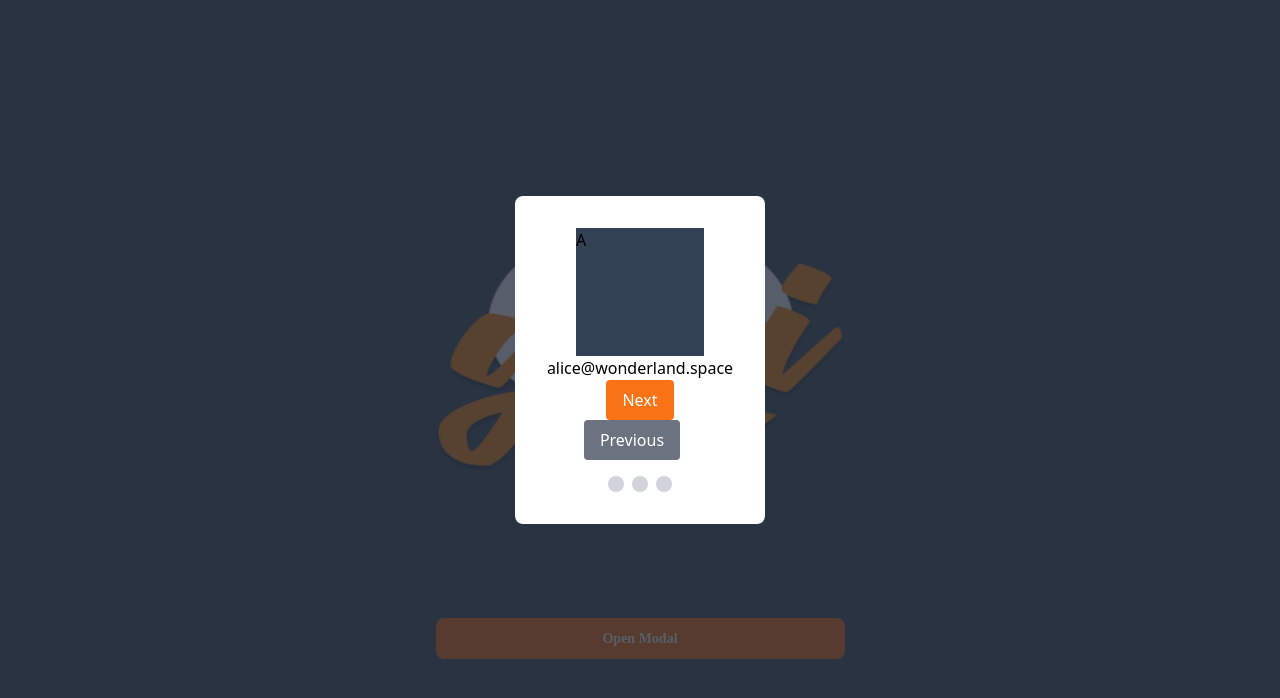
Repository: ZakariaZhlat125/lucatctyteste
Page: /, after clicking the first element matching `button.mt-36`
An editor plug-in stored every save of this project. The page is shown before and after the next save, followed by the edit.
The browser window is 1280 px wide. The pictures show the whole page.
The project was rebuilt for these pictures with package versions that can differ from the ones it lists, and the page was loaded fresh each time. Also part of the build but not shown: vite.config.js, src/Components/ModalComponents/PickLang.jsx, src/Components/ModalComponents/SelectImage.jsx.

Above is the page before, as saved 2023-09-29 10:27:14.

### src/App.jsx
import { useState } from 'react'
import Modalpage from './pages/Modalpage'


function App() {

  return (
    <>
    <Modalpage />
    </>
  )
}

export default App

### src/pages/Modalpage.jsx
import React, { useState } from "react";
import logo from "../assets/Images/Logo.png";
import Modal from "../Components/ModalComponents/Modal";
const Modalpage = () => {
  const [isModalOpen, setIsModalOpen] = useState(false);



  return (
    <div className="h-screen w-secreen bg-gray-600 flex flex-col justify-center items-center  ">
      <img
        src={logo}
        alt="logo"
        className="w-[415px] h-[413px] mx-2 "
      />
      <button
        onClick={() => setIsModalOpen(true)}
        className="mt-36 w-[309px] h-[41px] sm:w-[409px]  shadow-sm bg-orange-500  hover:bg-orange-600 rounded-lg  text-white text-sm font-semibold font-['Montserrat']"
      >
        Open Modal
      </button>


      <Modal isOpen={isModalOpen}  onClose={() => setIsModalOpen(false)} />

    </div>
  );
};

export default Modalpage;

### src/Components/ModalComponents/Modal.jsx
import React, { useState } from "react";
import Welcom from "./Welcom";
import PickLang from "./PickLang";
import SelectImage from "./SelectImage";
const Modal = ({ isOpen, onClose }) => {

  const [currentPage, setCurrentPage] = useState(1);
  if (!isOpen) return null;
  const totalPages = 3;
  const nextPage = () => {
    if (currentPage < 3) {
      setCurrentPage(currentPage + 1);
    }
  };

  const prevPage = () => {
    if (currentPage > 1) {
      setCurrentPage(currentPage - 1);
    }
  };

  const getOrangeCount = () => {
    // Return the number of orange circles to display based on the current page
    switch (currentPage) {
      case 2:
        return 1;
      case 3:
        return 2;
      default:
        return 0;
    }
  };

  return (
    <div className="fixed inset-0 flex justify-center items-center z-50">
      <div className="fixed inset-0 bg-gray-800 opacity-75"></div>
      <div className="bg-white rounded-lg p-8 z-50 relative flex flex-col items-center">
        {/* Modal content goes here */}

        {/* <button
          onClick={onClose}
          className="absolute mx-auto bottom-2   text-gray-500 hover:text-gray-700 cursor-pointer"
        >
          Close
        </button> */}
        {currentPage === 1 && <Welcom />}
        {currentPage === 2 && <PickLang />}
        {currentPage === 3 && <SelectImage />}
        <button
          onClick={nextPage}
          className="bg-orange-500 text-white px-4 py-2 rounded"
        >
          Next
        </button>
        <button
          onClick={prevPage}
          className="mr-4 bg-gray-500 text-white px-4 py-2 rounded"
        >
          Previous
        </button>

        <div className="flex mt-4">
          {[...Array(totalPages)].map((_, index) => (
            <div
              key={index}
              className={`w-4 h-4 mx-1 rounded-full ${
                index < getOrangeCount() ? "bg-orange-500" : "bg-gray-300"
              }`}
            ></div>
          ))}
        </div>
      </div>
    </div>
  );
};

export default Modal;

### src/Components/ModalComponents/Welcom.jsx
import React from 'react'

const Welcom = () => {
  return (
    <div className='flex flex-col justify-center items-center'>

        {/* <div className='justify-center items-center'> */}
            <p className='bg-slate-700 w-32 h-32'>A</p>
            <p>alice@wonderland.space</p>
        {/* </div> */}
    </div>
  )
}

export default Welcom

### tailwind.config.js
/** @type {import('tailwindcss').Config} */
export default {
  content: [
    "./index.html",
    "./src/**/*.{js,ts,jsx,tsx}",
  ],
  theme: {
    container: {
      center: true,
      padding: {
        DEFAULT: '1rem',
        sm: '2rem',
        lg: '4rem',
        xl: '5rem',
        '2xl': '6rem',
      },
    },
    extend: {},
  },
  plugins: [],
}

Loaded but not shown: index.html (common file); src/main.jsx (common file); src/index.css (common file)

After the next save:
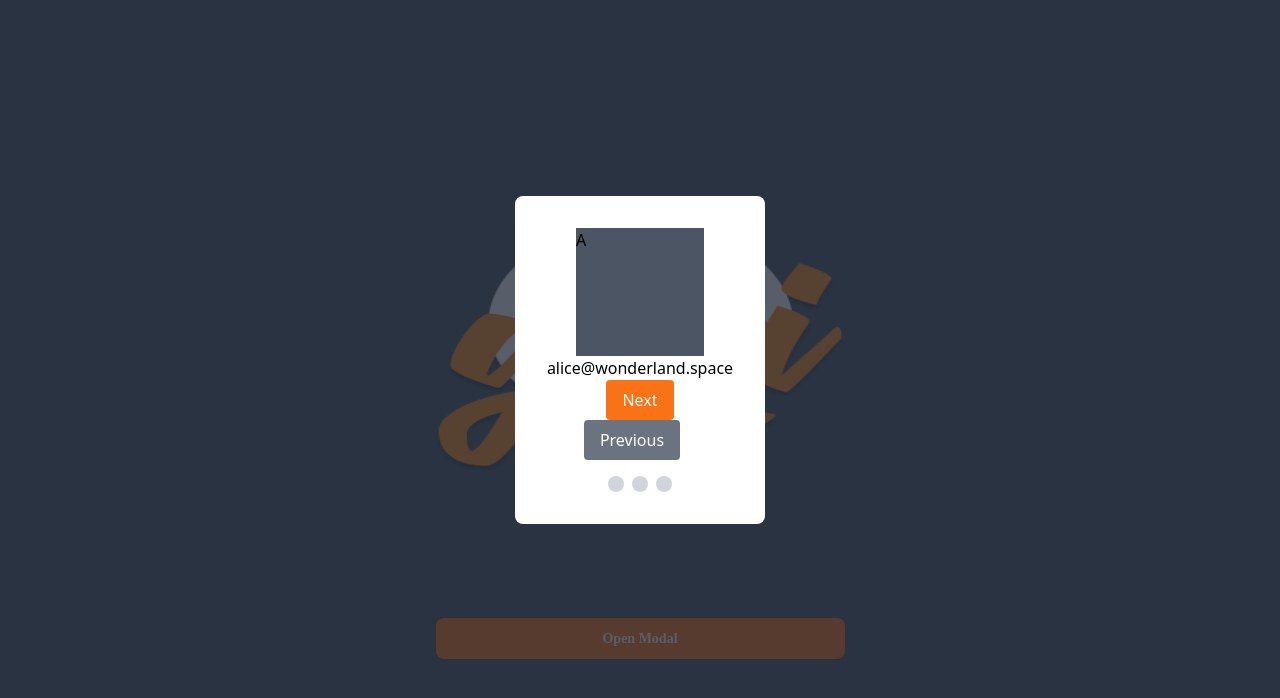
Saved 30 s later.
--- a/src/Components/ModalComponents/Welcom.jsx
+++ b/src/Components/ModalComponents/Welcom.jsx
@@ -5,7 +5,7 @@
     <div className='flex flex-col justify-center items-center'>
 
         {/* <div className='justify-center items-center'> */}
-            <p className='bg-slate-700 w-32 h-32'>A</p>
+            <p className='bg-gray-600 w-32 h-32'>A</p>
             <p>alice@wonderland.space</p>
         {/* </div> */}
     </div>
